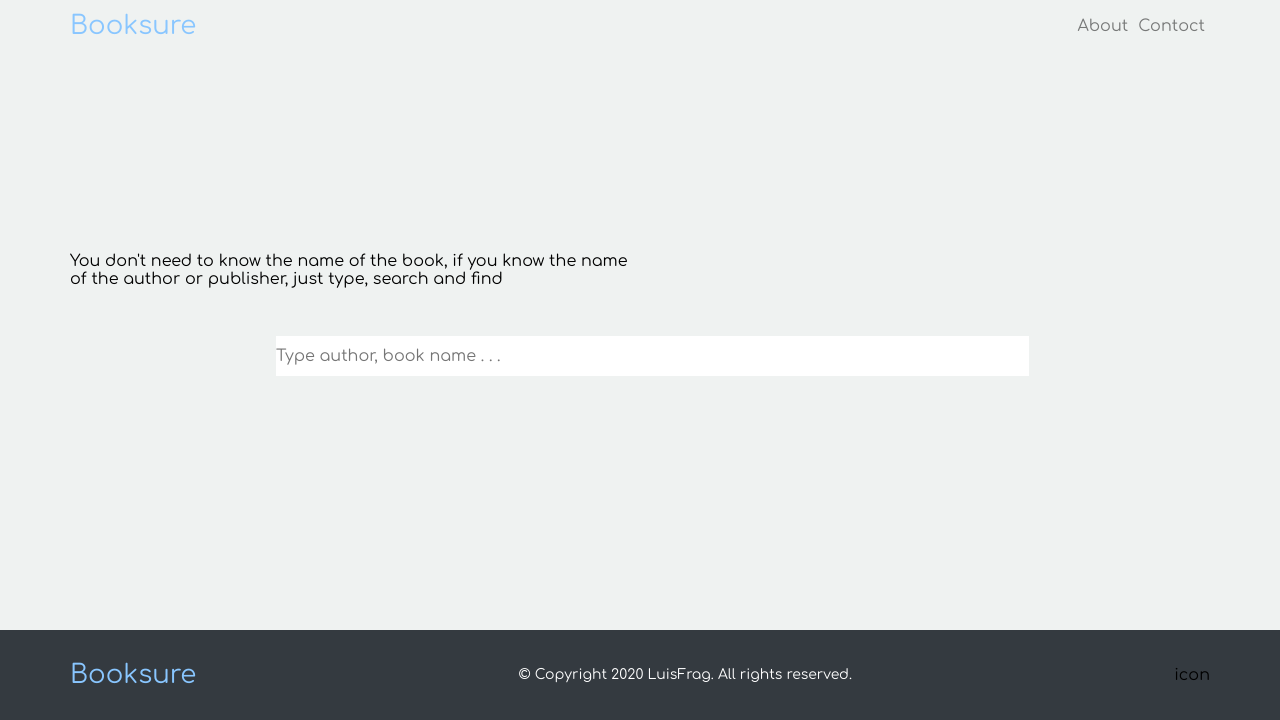
Repository: changesxxx/searchBooks
Page: /search
The author's editor kept a copy of each file at every save. The page is drawn from the files as they stood at one save, then again after the next save.
The browser window is 1280 px wide. The pictures show the whole page.
The project was rebuilt for these pictures with package versions that can differ from the ones it lists, and the page was loaded fresh each time. Also part of the build but not shown: craco.config.js.

Above is the page before, as saved 2024-06-24 17:51:02.

After the next save:
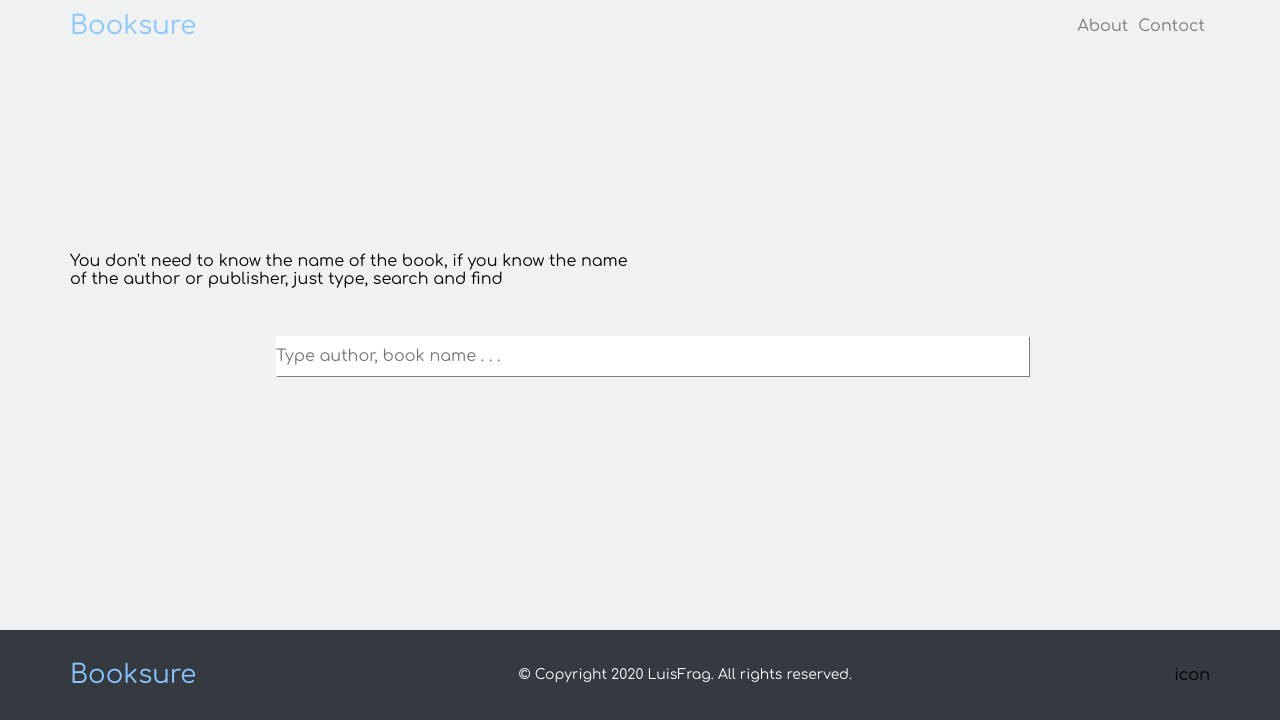
Saved 81 s later.
--- a/src/view/search/style.js
+++ b/src/view/search/style.js
@@ -24,6 +24,8 @@ const searchWrapper = styled.div`
       width: 68%;
       height: 40px;
       margin: 0 190px;
+
+      box-shadow: 1px 1px #7e7e7e;
     }
   }
 `
